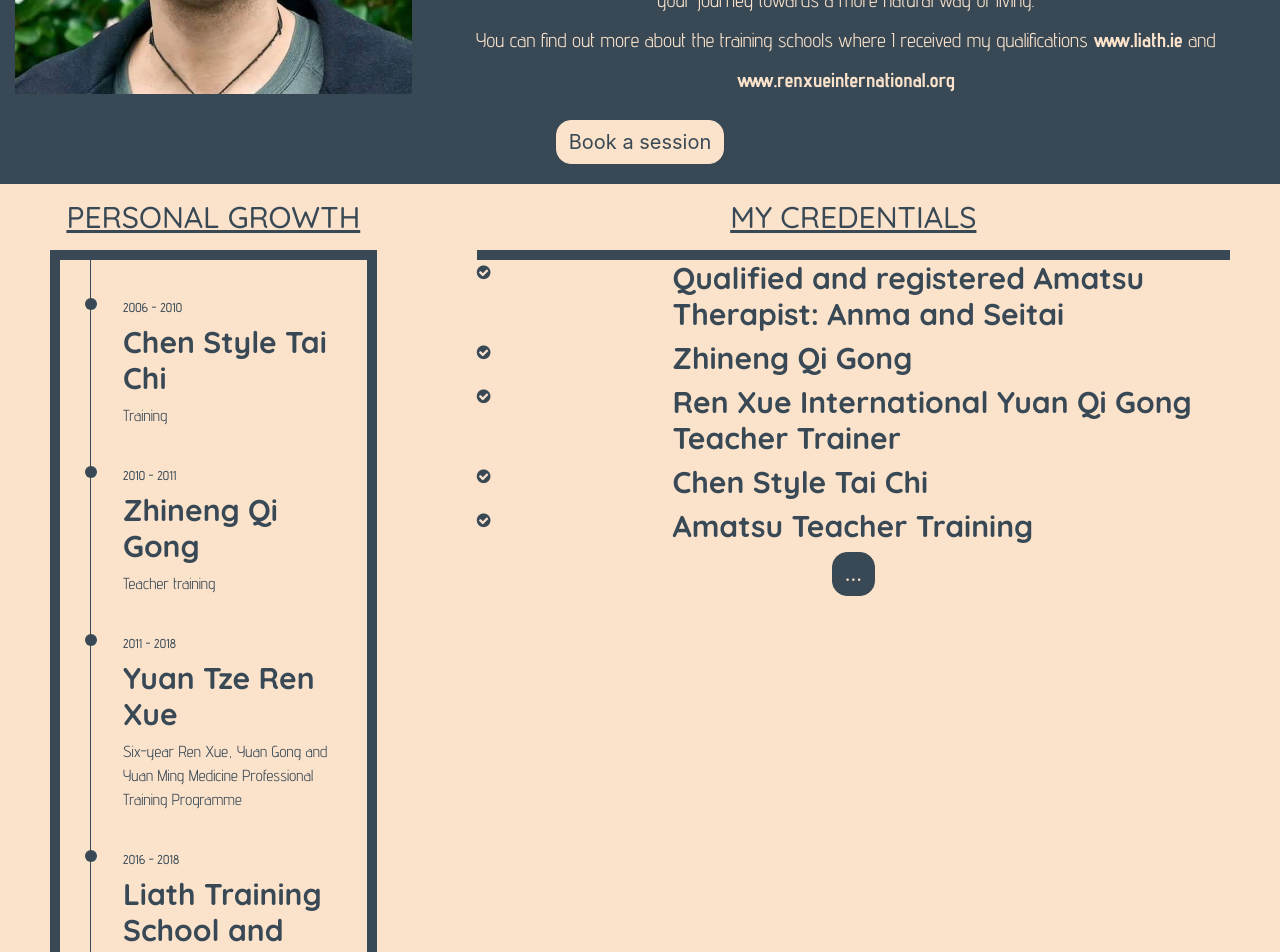
Repository: rainerpue/practitioner_website
Page: about.html
The author's editor kept a record of every edit. The page is drawn from the files as they stood at one moment, then again after the next edit.
The browser window is 1280 px wide. The pictures show the part of the page from y = 605 to 1557 px (the page is 2022 px tall before and 1817 px after).
Some web libraries are served in a nearby version.

Above is the page before.

After the next edit:
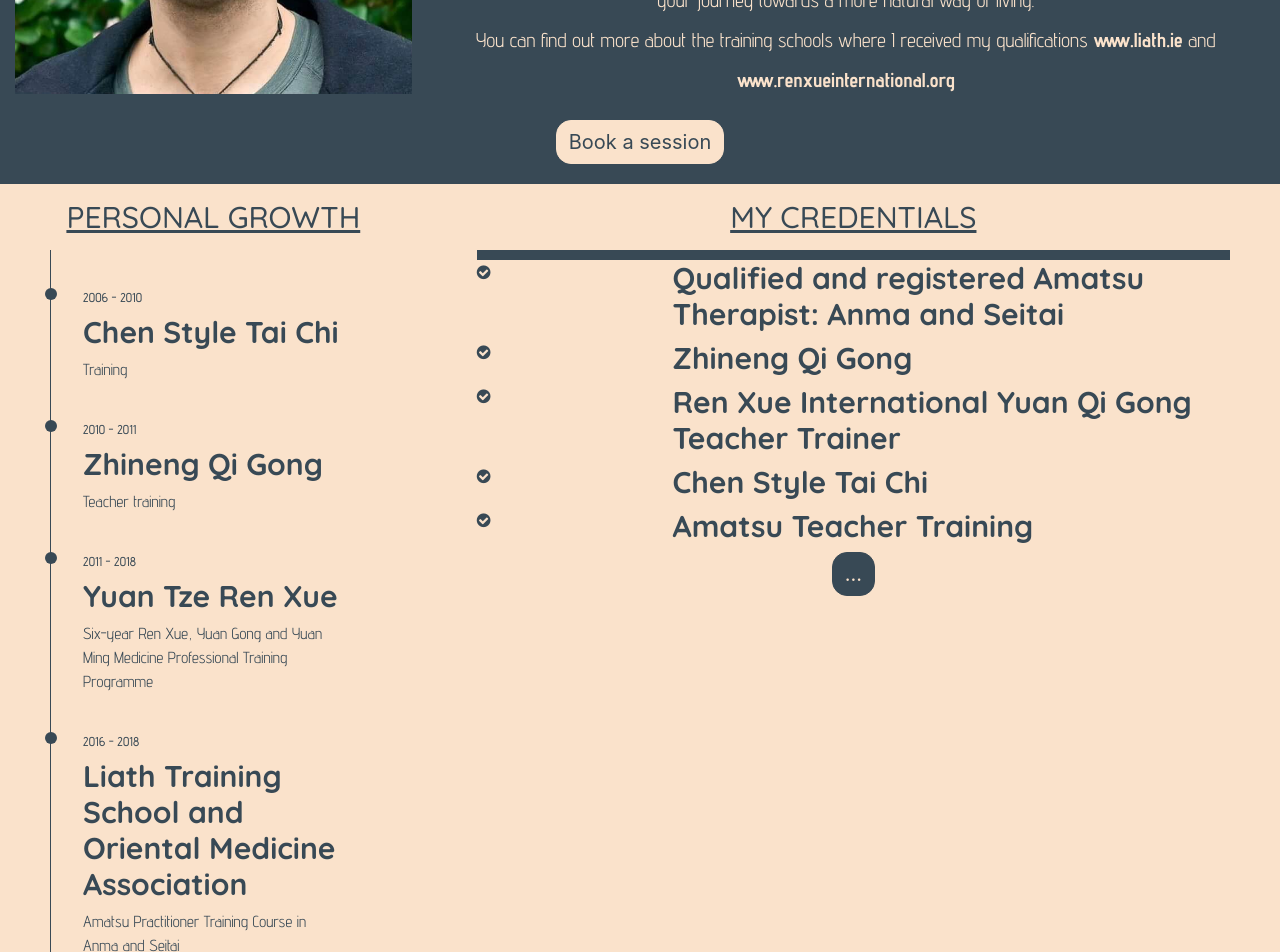
The edit:
--- a/about.html
+++ b/about.html
@@ -106,7 +106,7 @@
                             <h3 class="text-uppercase text-center">Personal growth</h3>
                         </div>
                     </div>
-                    <div class="history-items">
+                    <div class="list-items">
                         <div class="timeline-item" data-dates="2006 - 2010">
                             <h4>Chen Style Tai Chi</h4>
                             <p>Training</p>
